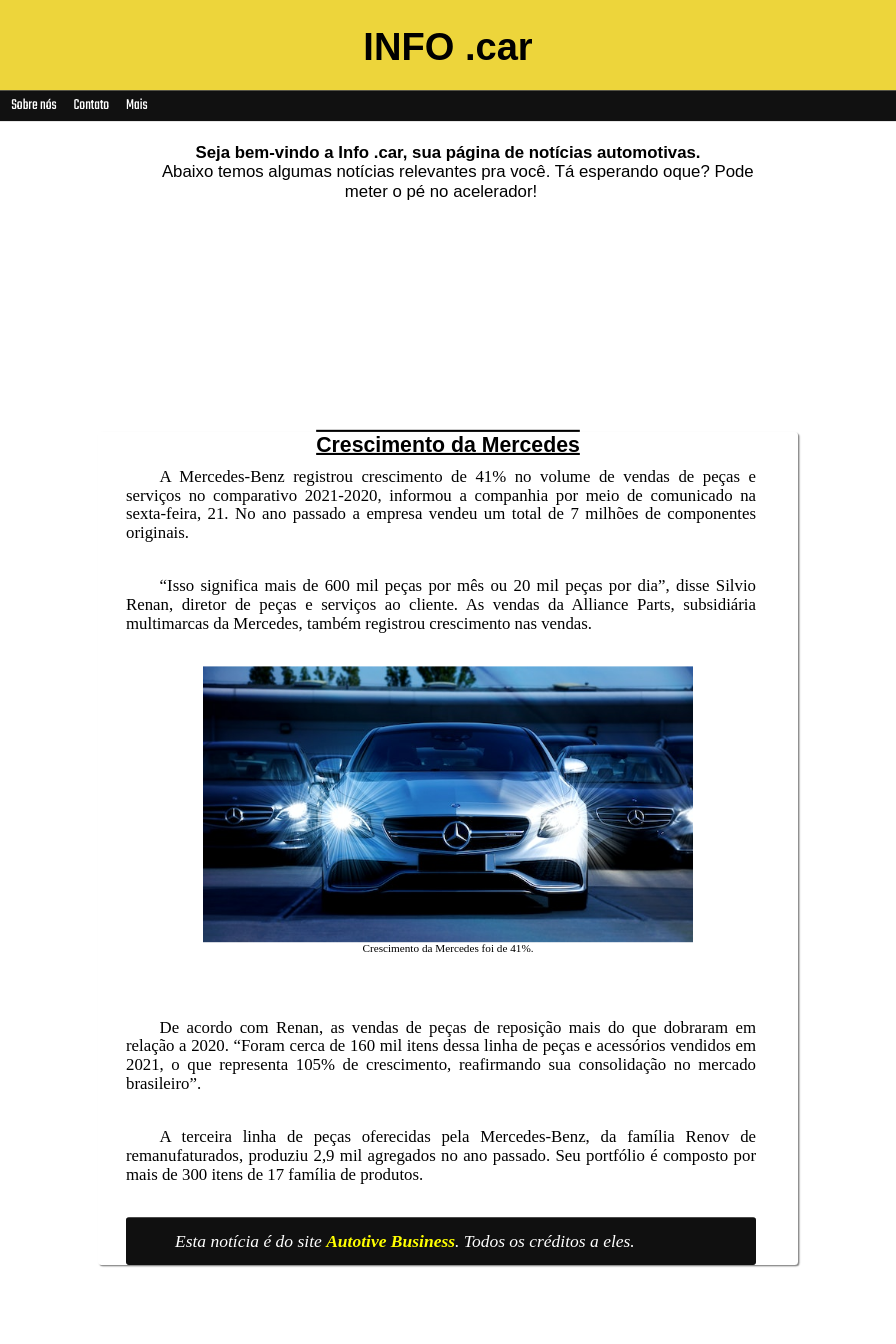
Repository: Leonngc/projeto-info.car
Page: index.html
These files come from the project's save history. The page is drawn as it stood at one moment and after the next save; the edit follows.
The browser window is 1280 px wide. The pictures show the part of the page from y = 0 to 1920 px (the page is 7275 px tall before and 7338 px after), at 70% of full size.
Some web fonts or font styles are not loaded; a fallback is used.

Above is the page before, as saved 2022-11-04 05:20:05.

### index.html
<!DOCTYPE html>
<html lang="pt-br">

<head>
    <meta charset="UTF-8" />
    <meta http-equiv="X-UA-Compatible" content="IE=edge" />
    <meta name="viewport" content="width=device-width, initial-scale=1.0" />
    <title>Info .car</title>
    <link rel="stylesheet" href="style.css">
</head>

<body>
    <header>
        <h1 class="title">INFO .car</h1>



    </header>
        <nav id="menu">
            <a href="" class="menu-link">Sobre nós</a>
            <a href="" class="menu-link">Contato</a>
            <a href="" class="menu-link">Mais</a>
        </nav>
    <main>
        <article id="boas-vindas" class="text">
            <h1>Seja bem-vindo a Info .car, sua página de notícias automotivas.</h1>
            <p>Abaixo temos algumas notícias relevantes pra você. Tá esperando oque? Pode meter o pé no acelerador!</p>
        </article>
        <section>




            <article class="texts">
                <h1 class="title-article">Crescimento da Mercedes</h1>

                    <p>
                        A Mercedes-Benz registrou crescimento de 41% no volume de vendas de peças e serviços no comparativo 2021-2020, informou a companhia por meio de comunicado na sexta-feira, 21. No ano passado a empresa vendeu um total de 7 milhões de componentes originais.
                    </p>

                    <br>

                    <p>
                        “Isso significa mais de 600 mil peças por mês ou 20 mil peças por dia”, disse Silvio Renan, diretor de peças e serviços ao cliente. As vendas da Alliance Parts, subsidiária multimarcas da Mercedes, também registrou crescimento nas vendas.
                    </p>

                        <br>

                        <picture class="car-image">
                             <source media="(max-width:620px)" srcset="img/mercedes-pequeno.png" class="img-pequena">
                             <img src="img/mercedes.jpg" alt="" />
                           <span><legend>Crescimento da Mercedes foi de 41%.</legend></span>
                </picture>


                    <p>
                        De acordo com Renan, as vendas de peças de reposição mais do que dobraram em relação a 2020. “Foram cerca de 160 mil itens dessa linha de peças e acessórios vendidos em 2021, o que representa 105% de crescimento, reafirmando sua consolidação no mercado brasileiro”.
                    </p>

                    <br>
                    <p>
                        A terceira linha de peças oferecidas pela Mercedes-Benz, da família Renov de remanufaturados, produziu 2,9 mil agregados no ano passado. Seu portfólio é composto por mais de 300 itens de 17 família de produtos.
                    </p>

                    <br>

                    <p class="references">Esta notícia é do site <a href="https://automotivebusiness.com.br/pt/posts/mercado/vendas-da-mercedes-benz-na-reposicao-cresceram-41-em-2021/#:~:text=Vendas%20da%20Mercedes%2DBenz%20na%20reposi%C3%A7%C3%A3o%20cresceram%2041%25%20em%202021,-Empresa%20vendeu%20mais&text=A%20Mercedes%2DBenz%20registrou%20crescimento,7%20milh%C3%B5es%20de%20componentes%20originais.">Autotive Business</a>. Todos os créditos a eles.</p>

            </article>




            <article class="texts">
                <h1 class="title-article">O monstro da Ducati.</h1>

                <picture class="image">
                    <source media="(max-width: 620px )" srcset="img/ducati-pequeno.png">
                    <img src="img/ducati.jpg" alt="" />  <!--CARROSEL DE IMAGENS!!!-->
                </picture>

                    <h2>Por: Thiago Moreno</h2>
                    <p>
                        Lançada em dezembro de 2020, a nova geração da Ducati Monster era uma das estreias aguardadas da marca para o mercado brasileiro também. A esportiva sem carenagens, segundo a empresa, foi a primeira "street fighter" do setor de duas rodas. Agora, a Ducati revelou a nova Monster para o Brasil.
                    </p>

                    <br>
                    <p>
                        A nova geração da esportiva já está com a pré-venda aberta e as primeiras unidades desembarcarão por aqui a partir de setembro. O preço anunciado para a nova Ducati Monster no Brasil é de R$ 86.990. Quem adquirir a motocicleta durante a pré-venda, ainda receberá um kit que inclui luvas e outros acessórios originais. Este é o segundo grande lançamento da Ducati no Brasil em 2022, dando sequência à apresentação da Multistrada V4S.
                    </p>

                    <br>
                    <p class="references">

                        Notícia do site <a href="https://motor1.uol.com.br/news/602765/nova-ducati-monster-brasil-preco/" target="_blank">Motor 1 UOL</a>. Todos os créditos a eles.
                    </p>


            </article>

            <section id="img-background">
            </section>




            <article class="texts">
                <h1 class="title-article">o Top 3 da Volks!</h1>
                <picture class="image">
                    <source media="(max-width:620px )" srcset="img/volks-pequeno.png">
                    <img src="img/volks.jpg" alt="" />
                </picture>

                    <p>
                        Em 1953, a Volkswagen chegou ao Brasil apresentando as primeiras unidades do Fusca, desenvolvido a partir de peças importadas direto da Alemanha. Ao logo do tempo, o sucesso foi crescendo e os carros da montadora foram se tornando os carros mais vendidos no Brasil.</p>

                    <br>
                    <h2>1 – Volkswagen T-Cross</h2>
                    <p>
                        Um dos modelos mais novos da geração atual de veículos da Volkswagen é o T-Cross. Esse SUV compacto chegou à liderança da categoria de carros mais vendidos no Brasil ano passado, mostrando sua força no mercado.</p>

                    <br>
                    <p>
                        O automóvel possui diferentes versões e duas opções de motor. Seu conjunto da obra agrada os apaixonados por automóveis, e além de ser o campeão de vendas da montadora, aparece como o quinto colocado de vendas de todo o país, deixando vários outros SUV´s para trás.</p>

                    <br>
                    <p>
                        Diferente do modelo europeu, o design do T-Cross é bastante carismático, com faróis de LED integrados e uma ampla grade.</p>

                    <br>
                    <p>
                        Além disso, o veículo pode ser encontrado no mercado em quatro versões, todas equipadas com motores TSI (Turbo com injeção direta de combustível) sendo elas:</p>

                    <br>
                    <p>
                        <strong>T-Cross 200 TSI:</strong> Versão com controle de estabilidade (ESC), seis airbags, bloqueio eletrônico, sistema de fixação de cadeirinhas infantis e ajuste de altura do volante.</p>

                    <br>
                    <p>
                        <strong>T-Cross 200 TSI Automático: </strong>Possui câmbio automático de seis marchas, controle automático de velocidade, apoio de braço central e grade dianteira em preto brilhante.</p>

                    <br>
                    <p>
                        <strong>T-Cross Comfortline 200 TSI Automático:</strong> Com ar condicionado digital, câmera de ré para auxiliar no estacionamento, indicador de pressão dos pneus, detalhes cromados e revestimento interno azul escuro.</p>

                    <br>
                    <p>
                        <strong>T-Cross Highline 250 TSI Automático:</strong> Agrega itens como bancos de couro, espelho retrovisor interno eletrocrômico, sensores de chuva, rack de teto na cor prata anodizada, entre outros detalhes.</p>

                    <br>
                    <p>
                        Vale lembrar que o T-Cross é um crossover urbano produzido pela Volkswagen e baseado no modelo ‘Polo VI’.
                    </p>

                    <br>
                    <h2>2 – Volkswagen Gol</h2>

                    <p>
                        O Gol é um dos modelos de automóveis da Volkswagen que já foi líder de vendas por anos. Atualmente, esse posto não é mais dele, mas ele segue como um dos veículos mais populares da marca.

                        A exemplo de outros carros da mesma montadora, ele é comercializado em diversas versões. Mas, a sua opção mais básica é a que está hoje entre os 10 carros mais baratos vendidos no Brasil.
                    </p>

                    <br>
                    <p>
                        Em 2021, surgiu a mais nova versão deste automóvel, com a adição de itens de segurança obrigatórios. O hatch então passou a dispor de cinto de segurança de três pontos, encosto de cabeça para cinco passageiros e o sistema de fixação de cadeirinha infantil.
                    </p>

                    <br>
                    <p>
                        <strong>3 – Volkswagen Polo</strong>
                        Chamado por muitos de Virtus Hatch, o Polo passou por uma reformulação total recentemente. O modelo apresenta alta tecnologia e diferentes versões, mas foi o novo visual o que mais chamou a atenção.
                    </p>

                    <br>
                    <p>
                        Ele também foi eleito o melhor carro em sua categoria por uma pesquisa chamada ‘Os eleitos’, feita pela revista Quatro Rodas. Não é à toa que ele conquistou o terceiro lugar do top 3 carros mais vendidos da montadora alemã
                    </p>

                    <br>

                    <p class="references">
                        Notícia do site <a href="https://dyna.com.br/top-3-carros-mais-vendidos-da-volkswagen/" target="_blank">Dyna</a>. Todos os créditos a eles.
                    </p>

            </article>


            <picture class="image">
                <source media="(max-width: 620px)" srcset="img/jeep-cherokee-pequeno.png">
                <img src="img/jeep-cherokee.jpg" alt="" />
            </picture>


            <article class="texts">
                <h1 class="title-article">Novo Jeep Cherokee</h1>

                    <h2>Por: Nicolas Tavares</h2>

                    <p>
                        A Stellantis ainda nem mostrou o Compass 4xe, versão híbrida plug-in do SUV médio que será lançado no dia 4 de abril, e já trabalha em mais uma novidade para o Brasil. Motor1.com e o canal Falando de Carro apuraram que o Jeep Grand Cherokee desembarcará nas concessionárias no último trimestre, importado dos EUA. A marca quer lançá-lo por volta de outubro e oferecer tanto uma versão convencional quanto a híbrida plug-in revelada recentemente.</p>
                    <br>
                    <p>
                        Segundo apuramos, o Jeep Grand Cherokee acabou sofrendo um atraso por conta da falta de semicondutores. Produzindo poucas unidades, a prioridade virou abastecer o mercado norte-americano, deixando as exportações para um segundo momento. Assim, seu lançamento ficará somente para o 2º semestre. A ideia, no momento, é fazer o lançamento em outubro, mas tudo dependerá de como ficará o fornecimento de chips para a fábrica em Detroit (EUA).
                    </p>

                    <p class="references">Notícia do site <a href="https://motor1.uol.com.br/news/575923/jeep-grand-cherokee-brasil-2semestre/" target="_blank">Motor 1 UOL</a>. Todos os créditos a eles.</p>

            </article>

        </section>


    </main>
    <footer>
        <h1>Este site...</h1>
            <p>
                Este site tem como objetivo a demonstração de conhecimentos HTML, CSS e JS. <br>
                O site consiste em um página de notícias automotivas, tendo imagens animadas, além de três outras páginas. Uma para contato do desenvolvedor, outra sobre o site e uma página mais. <br>

            </p>
        </footer>
        <legend>TODOS OS ARTIGOS PRESENTES NESTE SITE SÃO DE OUTRAS PÁGINAS. TODOS OS DIREITOS E CRÉDITOS A ELES.</legend>
</body>

</html>

### style.css
@charset "UTF 8";
@import url('https://fonts.googleapis.com/css2?family=Michroma&display=swap');
@import url('https://fonts.googleapis.com/css2?family=Teko&display=swap');
@import url('https://fonts.googleapis.com/css2?family=Ramabhadra&display=swap');

:root{
    --fonte-titulo: 'Ramabhadra', sans-serif;
}

*{
    margin: 0;
    padding: 0;
}

header{
    padding: 30px;
    padding-top: 5vh;
    min-width: 2em;
    font-size: 1.7em;
    background-color: rgb(237, 213, 59);
}

.title{
    font-family: 'Michroma', sans-serif;
    text-align: center;
    font-weight: bolder;
    width: ;
}

nav{
    background-color: rgb(17, 17, 17);
    padding: 6px;
    margin-bottom: 30px;

}

.menu-link{
    text-decoration: none;
    color: #ffffff;
    padding: 10px;
    font-family: 'Teko', sans-serif;
    font-size: 1.4em;
}

.menu-link:hover{
    background-color: rgb(237, 213, 59);
    color: #000000;
    transition-duration: 0.5s;
}
#boas-vindas{
    margin-bottom: 300px;
}
#boas-vindas > h1{
    text-align: center;
    font-family: var(--fonte-titulo);
}

#boas-vindas > p{
    font-family: Arial, Helvetica, sans-serif;
    text-align: center;
}



main{
    margin: auto;
    min-width: 300px;
    max-width: 1000px;
}


 img{
   width: 70%;
   display: block;
   margin-left: auto;
   margin-right: auto;
    }

    legend{
        padding-bottom: 90px;
        text-align: center;
    }

    .img-pequena{
        max-width: 350px;
        display: block;
        margin: auto;
    }


.title-article{
    font-size: 1.9em;
    font-family: var(--fonte-titulo);
    text-align: center;
    padding-bottom: 15px;
    text-decoration: underline overline;
}

 .texts{
    margin-bottom: 180px;
    box-shadow: 2px 2px 2px rgba(0, 0, 0, 0.495);
    border-radius: 5px;

    border-width: 12px;
}

 h2{
    font-family: var(--fonte-titulo);
    text-align: center;

}

p{
    font-family: 'Times New Roman', Times, serif;
    padding-bottom: 30px;
    text-align: justify;
    text-indent: 2em;
    font-size: 1.5em;
    margin-right: 60px;
    margin-left: 40px;
}

.references{

    font-style: italic;
    font-size: 25px;
    color: #ffffff;
    background-color: #101010;
    border-radius: 4px;
    padding: 20px;
}

.references > a{
    text-decoration: none;
    color: yellow;
    font-weight: bold;
}

.references > a:hover{
    text-decoration: underline;
}

footer{
    margin-left: 150px;
    margin-right: 150px;
    margin-bottom: 20px;
    color: white;
    background-color: #000000;
}

footer > h1{
    padding: 10px;
    text-align: center;
    font-family: var(--fonte-titulo);
}

footer > p{
    font-family: monospace;
    text-align: justify;
    text-justify: distribute;
}

After the next save:
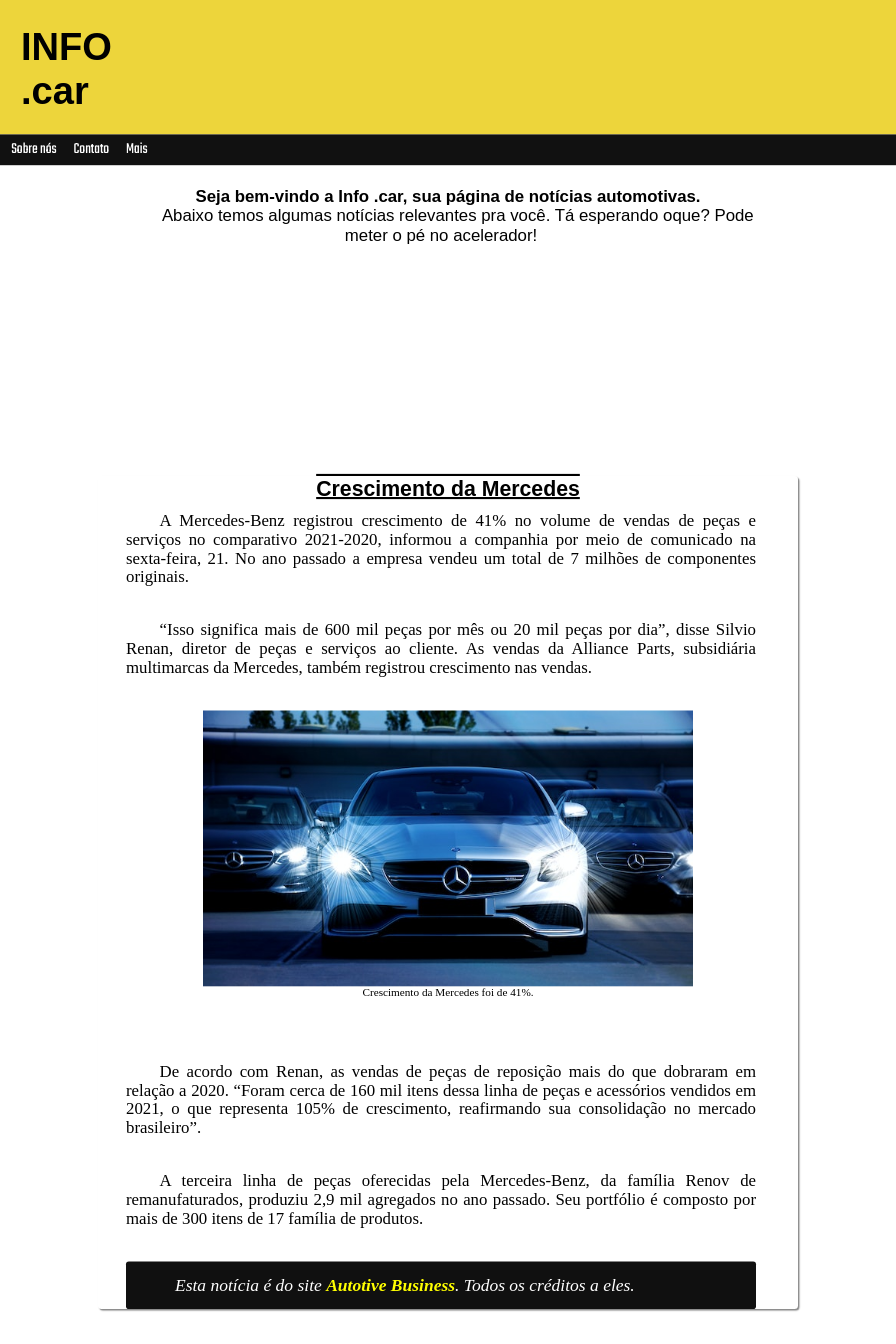
Saved 4 s later.
--- a/style.css
+++ b/style.css
@@ -24,7 +24,7 @@
     font-family: 'Michroma', sans-serif;
     text-align: center;
     font-weight: bolder;
-    width: ;
+    width: 2vh;
 }
 
 nav{

After the save that followed:
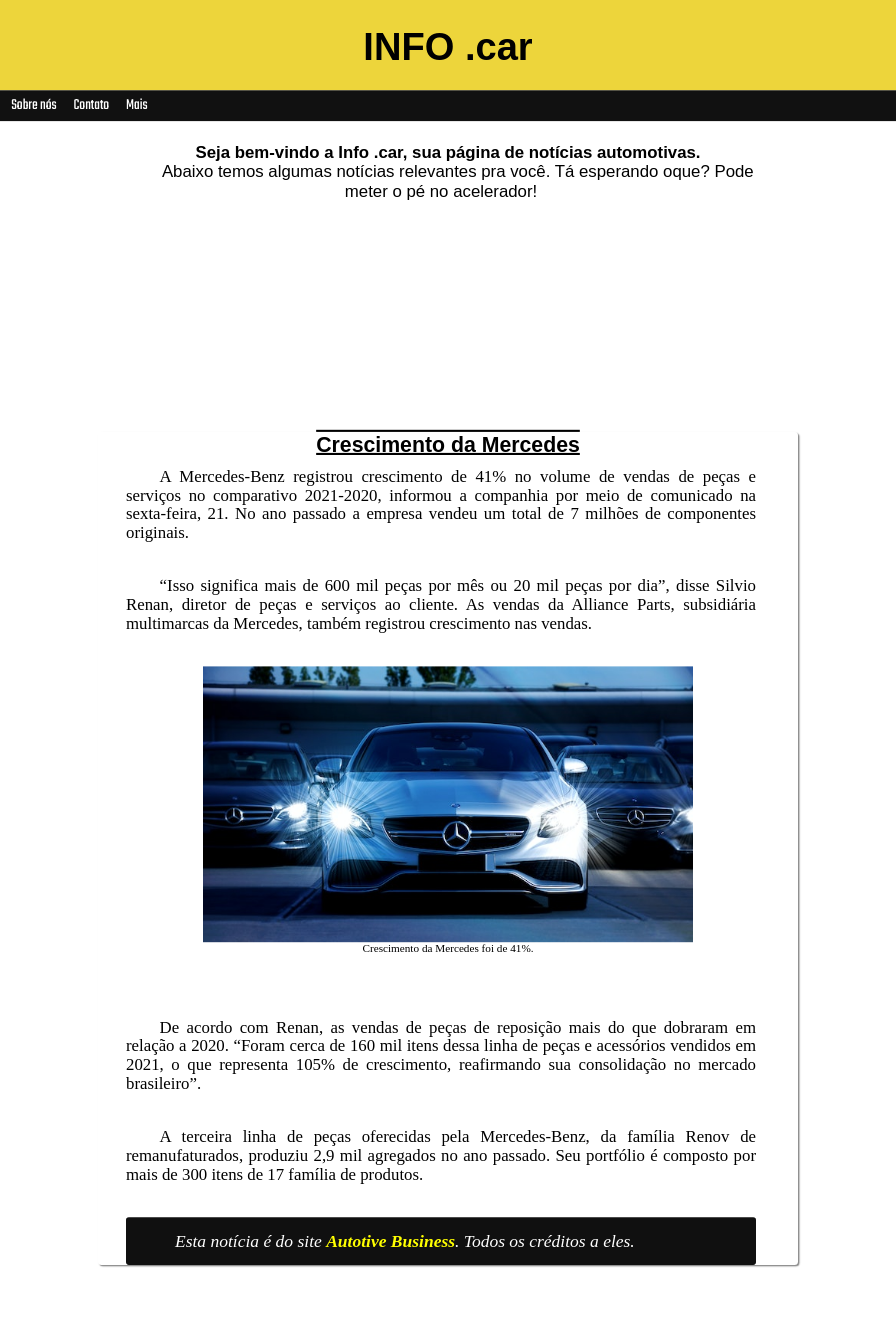
Saved 7 s later.
--- a/style.css
+++ b/style.css
@@ -24,7 +24,7 @@
     font-family: 'Michroma', sans-serif;
     text-align: center;
     font-weight: bolder;
-    width: 2vh;
+
 }
 
 nav{
